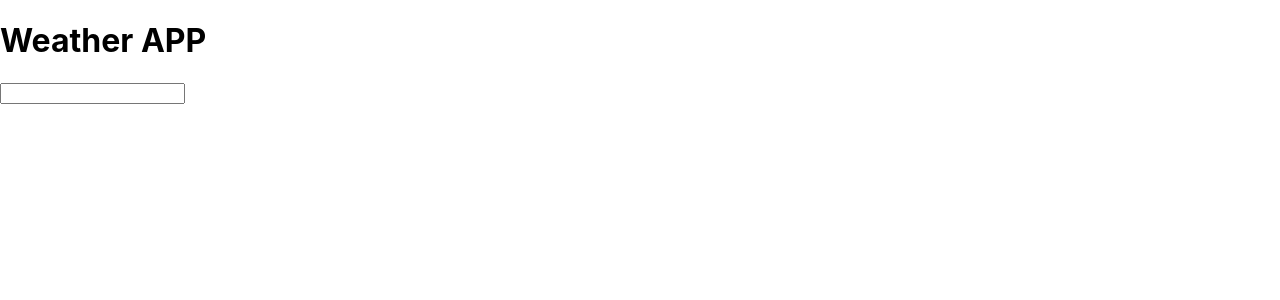
Repository: yavinash249/Weather-1
Page: /
The author's editor kept a copy of each file at every save. The page is drawn from the files as they stood at one save, then again after the next save.
The browser window is 1280 px wide. The pictures show the whole page.
The project was rebuilt for these pictures with package versions that can differ from the ones it lists, and the page was loaded fresh each time. Also part of the build but not shown: src/App.css, src/Components/WeatherCard.jsx.

Above is the page before, as saved 2023-02-27 14:50:17.

After the next save:
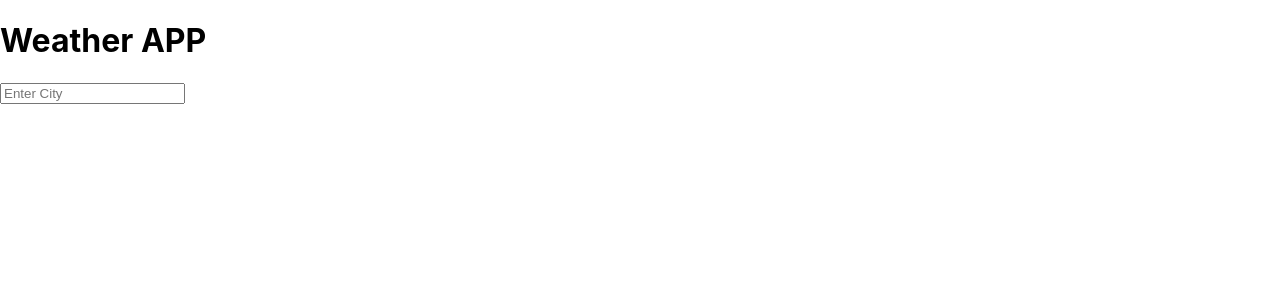
Saved 8 s later.
--- a/src/App.js
+++ b/src/App.js
@@ -26,7 +26,7 @@ function App() {
       <h1 className='app_heading'>Weather APP</h1>
       <form onSubmit={handleSubmit}>
         <input type="text"
-          placeholder=""
+          placeholder="Enter City"
         />
 
       </form>
